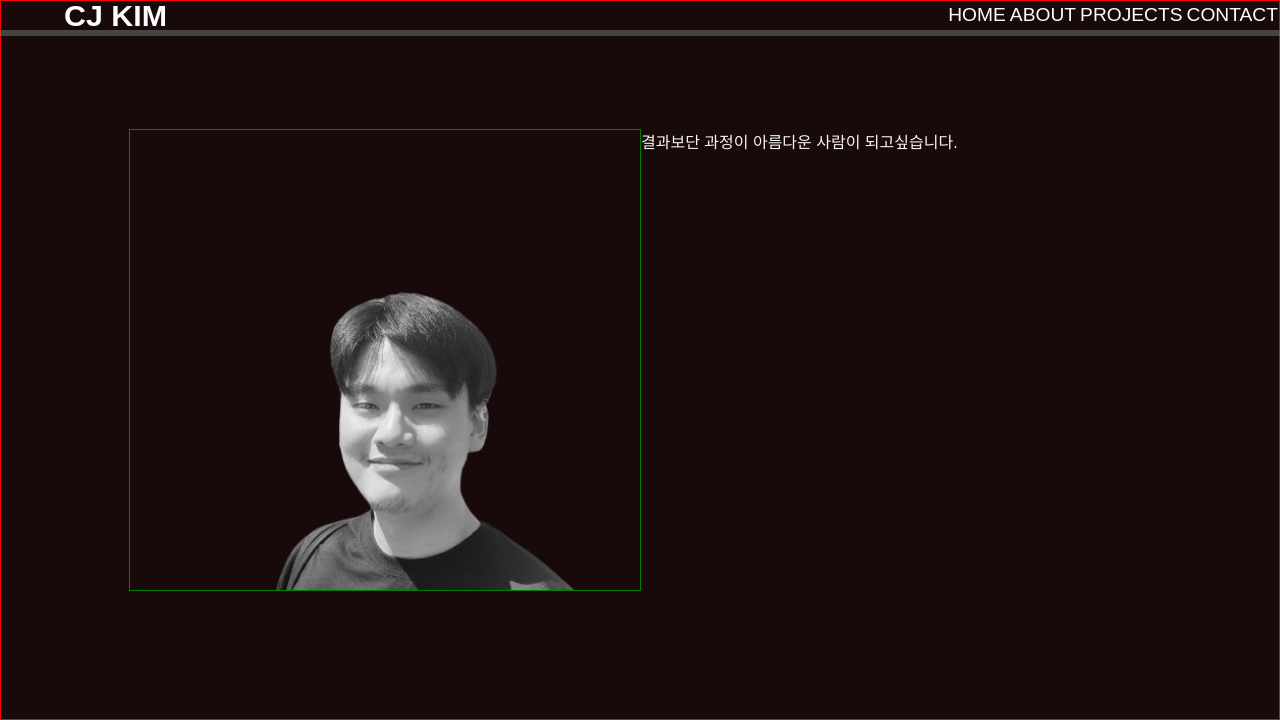
Repository: rlatlswo135/port
Page: /about
The author's editor kept a copy of each file at every save. The page is drawn from the files as they stood at one save, then again after the next save.
The browser window is 1280 px wide. The pictures show the whole page.
The project was rebuilt for these pictures with package versions that can differ from the ones it lists, and the page was loaded fresh each time. Also part of the build but not shown: src/App.css, src/Pages/Start.jsx, src/Pages/Home.jsx, src/Pages/Contact.jsx, src/Components/Project.jsx, src/Pages/Port.jsx, src/Components/ProjectDetail.jsx.

Above is the page before, as saved 2022-04-07 03:21:12.

After the next save:
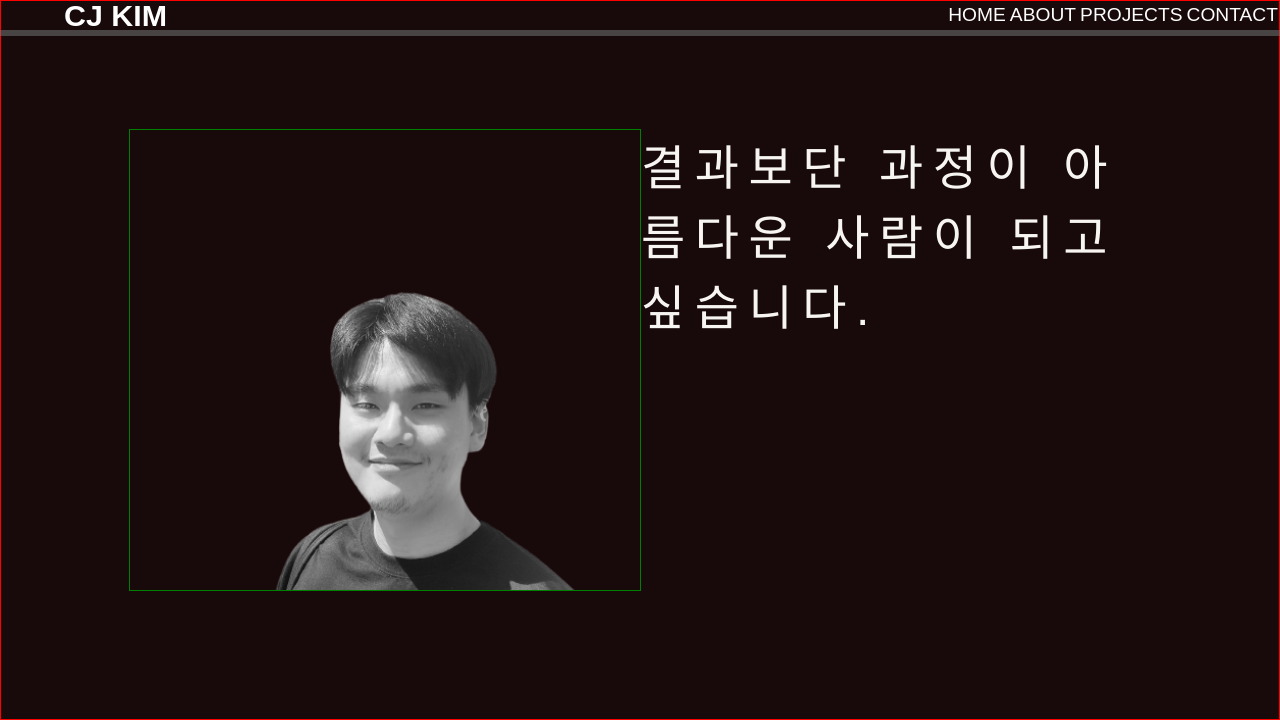
Saved 9 s later.
--- a/src/Pages/About.jsx
+++ b/src/Pages/About.jsx
@@ -37,7 +37,7 @@ const About = () => {
             <AboutBox>
                 <Img></Img>
                 <Text>
-                    결과보단 과정이 아름다운 사람이 되고싶습니다.
+                    <TextContent>결과보단 과정이 아름다운 사람이 되고싶습니다.</TextContent>
                 </Text>
             </AboutBox>
         </Container>
